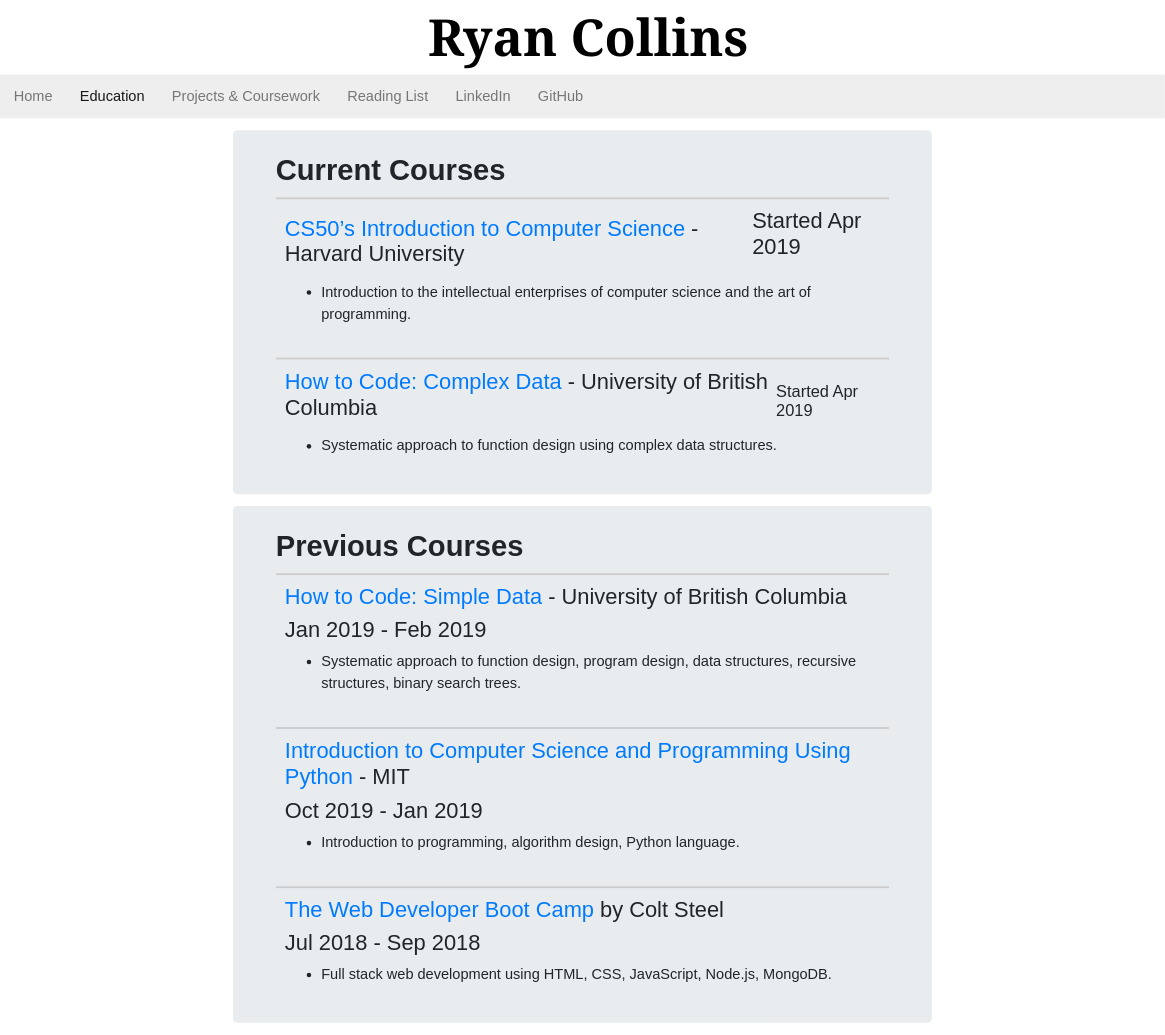
Repository: RyanMCollins/cs50
Page: pset5/homepage/education.html
The author's editor kept a record of every edit. The page is drawn from the files as they stood at one moment, then again after the next edit.
The browser window is 1280 px wide. The pictures show the whole page, at 91% of full size.

Above is the page before.

### pset5/homepage/education.html
<!DOCTYPE html>

<html lang="en">
    <head>
        <meta name="viewport" content="width=device-width, initial-scale=1, shrink-to-fit=no">
        <script src="https://code.jquery.com/jquery-3.3.1.slim.min.js" integrity="sha384-q8i/X+965DzO0rT7abK41JStQIAqVgRVzpbzo5smXKp4YfRvH+8abtTE1Pi6jizo" crossorigin="anonymous"></script>
        <script src="https://cdnjs.cloudflare.com/ajax/libs/popper.js/1.14.3/umd/popper.min.js" integrity="sha384-ZMP7rVo3mIykV+2+9J3UJ46jBk0WLaUAdn689aCwoqbBJiSnjAK/l8WvCWPIPm49" crossorigin="anonymous"></script>
        <script src="https://stackpath.bootstrapcdn.com/bootstrap/4.1.3/js/bootstrap.min.js" integrity="sha384-ChfqqxuZUCnJSK3+MXmPNIyE6ZbWh2IMqE241rYiqJxyMiZ6OW/JmZQ5stwEULTy" crossorigin="anonymous"></script>
        <link href="https://stackpath.bootstrapcdn.com/bootstrap/4.1.3/css/bootstrap.min.css" rel="stylesheet">
        <link href="styles.css" rel="stylesheet">
        <title>Education</title>
    </head>
    <body>
        <h1 id="site-title">
            <a href="/index">
                Ryan Collins
            </a>
        </h1>
        <nav class="navbar navbar-expand-lg navbar-light">
            <button class="navbar-toggler" type="button" data-toggle="collapse" data-target="#navbarSupportedContent"
            aria-controls="navbarSupportedContent" aria-expanded="false" aria-label="Toggle navigation">
                <span class="navbar-toggler-icon"></span>
            </button>

            <div class="collapse navbar-collapse" id="navbarSupportedContent">
                <div class="flex-even"></div>
                <div class="flex-even d-flex justify-content-center">
                    <ul class="navbar-nav" id="navbar-internal-links">
                      <li class="nav-item">
                        <a class="nav-link" href="/home">Home<span class="sr-only">(current)</span></a>
                      </li>
                      <li class="nav-item active">
                        <a class="nav-link" href="/education">Education<span class="sr-only">(current)</span></a>
                      </li>
                      <li class="nav-item">
                        <a class="nav-link" href="/projects">Projects & Coursework<span class="sr-only">(current)</span></a>
                      </li>
                      <li class="nav-item">
                        <a class="nav-link" href="/readlist">Reading List<span class="sr-only">(current)</span></a>
                      </li>
                    </ul>
                </div>
                <div class="flex-even d-flex justify-content-end">
                    <ul class="navbar-nav" id="navbar-external-links">
                      <li class="nav-item">
                        <a class="nav-link" target="_blank" href="https://linkedin.com/in/ryancollins2020">LinkedIn<span class="sr-only">(current)</span></a>
                      </li>
                      <li class="nav-item">
                        <a class="nav-link" target="_blank" href="https://github.com/RyanMCollins">GitHub<span class="sr-only">(current)</span></a>
                      </li>
                    </ul>
                </div>
            </div>
        </nav>
        <div class="jumbotron">
            <div class="container">
                <h2 class="main-header">
                    Current Courses
                </h2>
                <div class="sub-division">
                    <div class="sub-division-header">
                        <h4 class="sub-division-title">
                        <a href="https://www.edx.org/course/cs50s-introduction-computer-science-harvardx-cs50x">
                            CS50’s Introduction to Computer Science
                        </a>
                        - Harvard University
                    </h4>
                    <h4>
                        Started Apr 2019
                    </h4>
                    </div>
                    <ul>
                        <li>
                            Introduction to the intellectual enterprises of computer science and the art of programming.
                        </li>
                    </ul>
                </div>
                <div class="sub-division">
                    <div class="sub-division-header">
                        <h4 class="sub-division-title">
                            <a href="https://www.edx.org/course/how-code-complex-data-ubcx-htc2x">How to Code: Complex Data</a>
                            - University of British Columbia
                        </h4>
                        <h4 class="sub-division-appendice">
                            Started Apr 2019
                        </h4>
                    </div>
                    <ul>
                        <li>
                            Systematic approach to function design using complex data structures.
                        </li>
                    </ul>
                </div>
            </div>
        </div>
        <div class="jumbotron">
            <div class="container">
                <h2 class="main-header">
                    Previous Courses
                </h2>
                <div class="sub-division">
                    <h4>
                        <a href="https://www.edx.org/course/how-code-simple-data-ubcx-htc1x">How to Code: Simple Data</a>
                        - University of British Columbia
                    </h4>
                    <h4>
                        Jan 2019 - Feb 2019
                    </h4>
                    <ul>
                        <li>
                            Systematic approach to function design, program design, data structures, recursive structures, binary search trees.

                        </li>
                    </ul>
                </div>
                <div class="sub-division">
                    <h4>
                        <a href="https://www.edx.org/course/introduction-to-computer-science-and-programming-using-python-0">
                            Introduction to Computer Science and Programming Using Python
                        </a>
                         - MIT
                    </h4>
                    <h4>
                        Oct 2019 - Jan 2019
                    </h4>
                    <ul>
                        <li>
                            Introduction to programming, algorithm design, Python language.
                        </li>
                    </ul>
                </div>
                <div class="sub-division">
                    <h4>
                        <a href="https://www.udemy.com/the-web-developer-bootcamp/">
                            The Web Developer Boot Camp
                        </a>
                         by Colt Steel
                    </h4>
                    <h4>
                        Jul 2018 - Sep 2018
                    </h4>
                    <ul>
                        <li>
                            Full stack web development using HTML, CSS, JavaScript, Node.js, MongoDB.
                        </li>
                    </ul>
                </div>
            </div>
        </div>
    </body>
</html>

### pset5/homepage/styles.css
body {
    font-size: 14;
    font-family: "Arial";
    min-height: 100vh;
}

#site-title {
    text-align: center;
    font-size: 350%;
    font-family: "Georgia";
    font-weight: bold;
    color: #000000;
    padding-left: 1%;
    padding-bottom: .7%;
    padding-top: .45%;
    margin: 0;
}

@media  screen and (max-width: 368px) {
    #site-title {
        font-size: 200%;
    }
}

#site-title a {
    color: inherit;
    text-decoration: none;
}

.navbar {
    padding: 0;
    /*padding: 0 1%;*/
    background-color: #eee;
}

.flex-break.flex-small {
    flex: 1;
}

.flex-break.flex-large {
    flex: 2;
}

@media  screen and (max-width: 990px) {
    .flex-break.flex-large, .flex-break.flex-small {
        justify-content: flex-start!important;
    }
}

.nav-item {
    padding: 0 5px;
    margin: 4px 2px;
}

.jumbotron {
    margin: 1% 20%;
    padding-top: 2%;
    padding-bottom: 5px;
}

.main-header {
    font-size: 200%;
    font-weight: bold;
}

.sub-division {
    border-top: solid #cccccc 2px;
    margin-top: 10px;
    margin-bottom: 10px;
    padding: 10px;
}

.sub-division-header {
    display: flex;
    padding-bottom: 15px;
}

.sub-division-title {
    font-size: 24px;
    float: left;
    margin-bottom: 0px;
    margin-top: auto;
}

.sub-division-appendice {
    font-size: 18px;
    margin-bottom: 0px;
    margin-top: auto;
}

.sub-division-appendice.date {
    margin-right: 0px;
    margin-left: auto;
}

.sub-division-author {
    font-size: 20px;
    padding-bottom: 10px;
}

After the next edit:
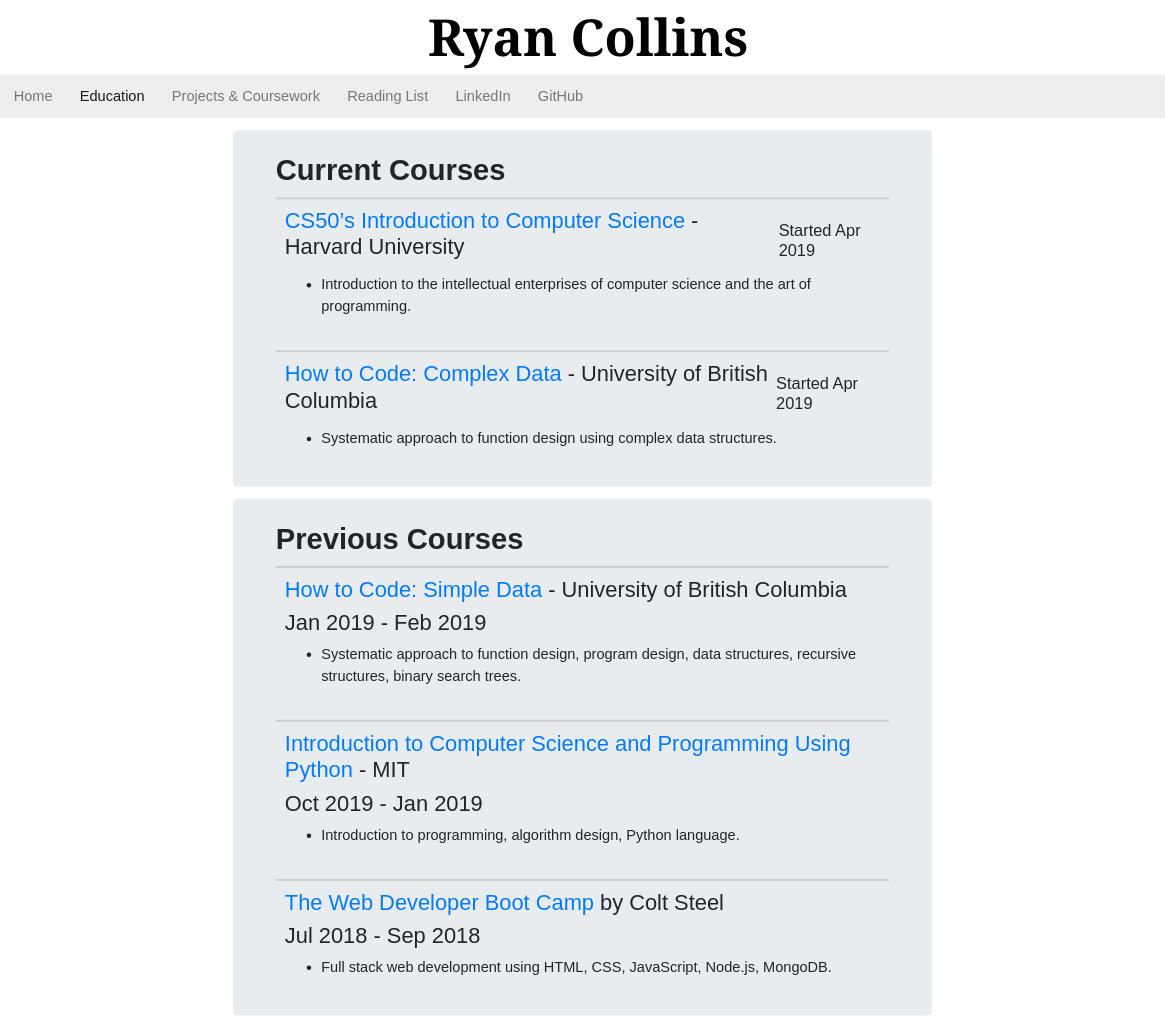
The edit:
--- a/pset5/homepage/education.html
+++ b/pset5/homepage/education.html
@@ -60,14 +60,14 @@
                 <div class="sub-division">
                     <div class="sub-division-header">
                         <h4 class="sub-division-title">
-                        <a href="https://www.edx.org/course/cs50s-introduction-computer-science-harvardx-cs50x">
-                            CS50’s Introduction to Computer Science
-                        </a>
-                        - Harvard University
-                    </h4>
-                    <h4>
-                        Started Apr 2019
-                    </h4>
+                            <a href="https://www.edx.org/course/cs50s-introduction-computer-science-harvardx-cs50x">
+                                CS50’s Introduction to Computer Science
+                            </a>
+                            - Harvard University
+                        </h4>
+                        <h4 class="sub-division-appendice">
+                            Started Apr 2019
+                        </h4>
                     </div>
                     <ul>
                         <li>
